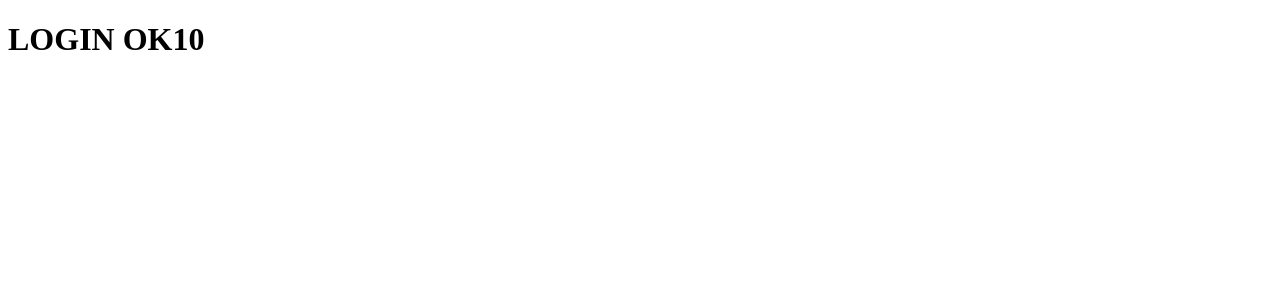
Repository: bookkg2/TIL
Page: http://localhost/day13/ok.jsp
These files come from the project's save history. The page is drawn as it stood at one moment and after the next save; the edit follows.
The browser window is 1280 px wide. The pictures show the whole page.
The page is served by Tomcat 9. Other server files are loaded and not shown.

Above is the page before, as saved 2019-06-27 02:18:23.

### day13/web/ok.jsp
<%@ page language="java" contentType="text/html; charset=UTF-8"
    pageEncoding="UTF-8"%>
<%
int i = 10;

%>
<!DOCTYPE html>
<html>
<head>
<meta charset="UTF-8">
<title>Insert title here</title>
</head>
<body>
<h1>LOGIN OK<%=i %></h1>
<h3></h3>
</body>
</html>

After the next save:
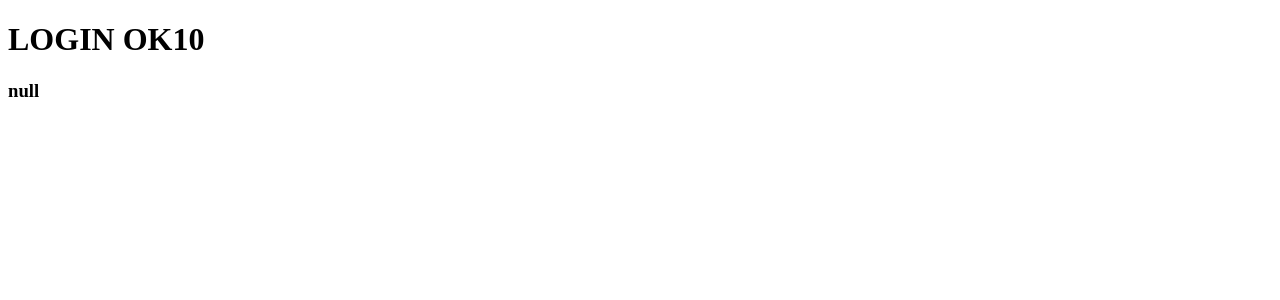
Saved 93 s later.
--- a/day13/web/ok.jsp
+++ b/day13/web/ok.jsp
@@ -2,7 +2,7 @@
     pageEncoding="UTF-8"%>
 <%
 int i = 10;
-
+String id = request.getParameter("id");
 %>
 <!DOCTYPE html>
 <html>
@@ -12,6 +12,6 @@
 </head>
 <body>
 <h1>LOGIN OK<%=i %></h1>
-<h3></h3>
+<h3><%=id %></h3>
 </body>
 </html>
